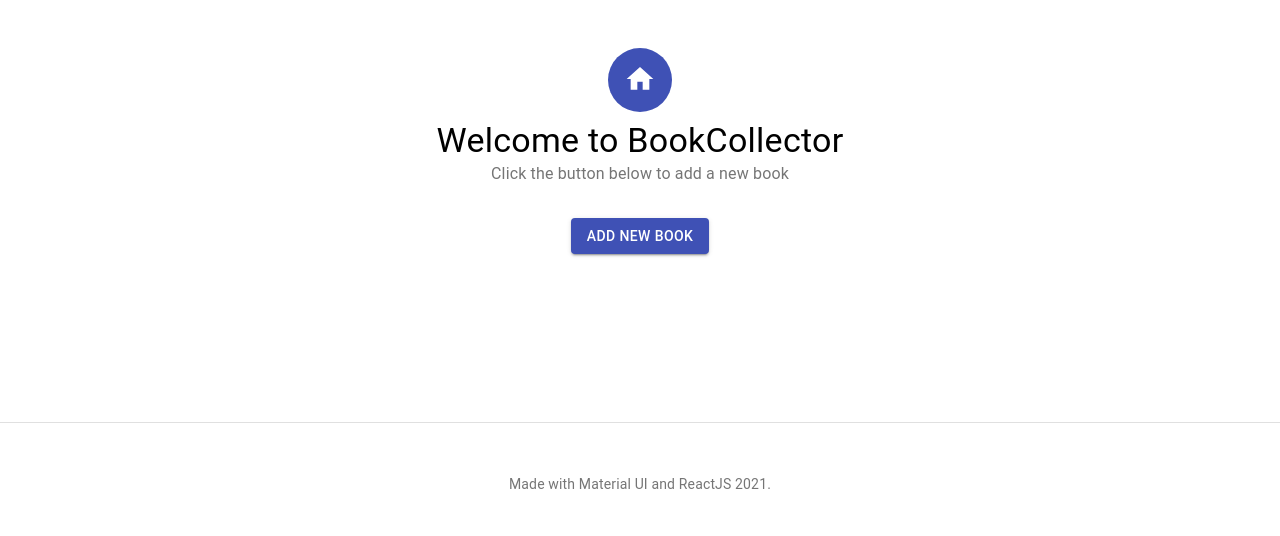
Repository: Colo-Codes/mini-project-react-book-collector
Page: /
The author's editor kept a copy of each file at every save. The page is drawn from the files as they stood at one save, then again after the next save.
The browser window is 1280 px wide. The pictures show the whole page.
The project was rebuilt for these pictures with package versions that can differ from the ones it lists, and the page was loaded fresh each time. Also part of the build but not shown: src/Books/BooksGridItem.js, src/Books/AddBookForm.js.

Above is the page before, as saved 2021-08-25 14:10:47.

### src/App.js
import React, { useState } from 'react';

import { Box, Button, Divider, makeStyles } from '@material-ui/core';
import { Home } from '@material-ui/icons';

import AddBookForm from './Books/AddBookForm';
import Copyright from './UI/Copyright';
import Header from './UI/Header';
import BooksGrid from './Books/BooksGrid';

const useStyles = makeStyles(theme => ({
  paper: {
    marginTop: theme.spacing(5),
    display: 'flex',
    flexDirection: 'column',
    alignItems: 'center',
  },
  icon: {
    color: 'white',
    width: theme.spacing(4),
    height: theme.spacing(4),
  },
  button: {
    marginTop: theme.spacing(4),
    marginBottom: theme.spacing(21),

  },
  footer: {
    marginV: theme.spacing(4),
  },
}));

function App() {
  const [showAddBookForm, setShowAddBookForm] = useState(false);
  const [bookList, setBookList] = useState('');

  const classes = useStyles();

  const addNewBookHandler = () => {
    setShowAddBookForm(true);
  }

  const hideFormHandler = () => {
    setShowAddBookForm(false);
  }

  // 'Lifting state up' function
  const newBookHandler = newBook => {
    setBookList(prevBook => [...prevBook, newBook]);
  }

  // 'Lifting state up' function
  const deleteBookHandler = bookId => {
    setBookList(prevBook => prevBook.filter(book => book.id !== bookId));
  }

  return (
    <React.Fragment>
      <header className={classes.paper}>
        {showAddBookForm && <AddBookForm onNewBook={newBookHandler} onHideForm={hideFormHandler} />} {/* Conditional Rendering */}
        {!showAddBookForm && <Header headerIcon={<Home className={classes.icon} />} headerContent={'Welcome to BookCollector'} textContent={'Click the button below to add a new book'} />} {/* Conditional Rendering */}
        {!showAddBookForm && <Button variant="contained" color="primary" onClick={addNewBookHandler} className={classes.button} >Add new book</Button>} {/* Conditional Rendering */}
      </header>
      <main>
        <Divider></Divider>
        <BooksGrid bookList={bookList} onDeleteBook={deleteBookHandler} />
      </main>
      <footer>
        <Box my={8}><Copyright /></Box>
      </footer>
    </React.Fragment>
  );
}

export default App;

### src/UI/Copyright.js
import { Typography } from "@material-ui/core";
import { Link } from "@material-ui/core";

function Copyright() {
    return (
        <Typography variant="body2" color="textSecondary" align="center">
            {'Made with '}
            <Link color="inherit" href="https://material-ui.com/" target="_blank">
                Material UI
            </Link>{' and '}
            <Link color="inherit" href="https://reactjs.org/" target="_blank">
                ReactJS
            </Link>{' '}
            {new Date().getFullYear()}
            {'.'}
        </Typography>
    );
}

export default Copyright;

### src/UI/Header.js
import { Avatar, Typography, makeStyles } from "@material-ui/core";
import { Home } from '@material-ui/icons';

const useStyles = makeStyles(theme => ({
    paper: {
        // marginTop: theme.spacing(10),
        display: 'flex',
        flexDirection: 'column',
        alignItems: 'center',
    },
    avatar: {
        margin: theme.spacing(1),
        width: theme.spacing(8),
        height: theme.spacing(8),
        backgroundColor: theme.palette.primary.main,
    },
    lightGray: {
        color: theme.palette.text.secondary,
    },
}));

const Header = props => {
    const classes = useStyles();

    return (
        <div className={classes.paper}>
            <Avatar className={classes.avatar}>
                <div className={classes.icon}>{props.headerIcon}</div>
            </Avatar>
            <Typography variant="h4" component="h2">{props.headerContent}</Typography>
            <Typography variant="body1" className={classes.lightGray}>{props.textContent}</Typography>
        </div>
    );
}

export default Header;

### src/Books/BooksGrid.js
import { Container, Grid } from '@material-ui/core';
import { useState } from 'react';
import BooksGridItem from './BooksGridItem';

const BooksGrid = props => {

    return (
        <Container>
            <Grid container spacing={3} direction="row"
                justifyContent="center"
                alignItems="stretch">
                {props.bookList.length > 0 && props.bookList.map(bookItem =>
                    <BooksGridItem key={bookItem.id} id={bookItem.id} title={bookItem.title} author={bookItem.author} onDelete={props.onDeleteBook} />
                )}
            </Grid>
        </Container>
    );
}

export default BooksGrid;

Loaded but not shown: public/index.html (common file); src/index.js (common file); src/index.css (common file)

After the next save:
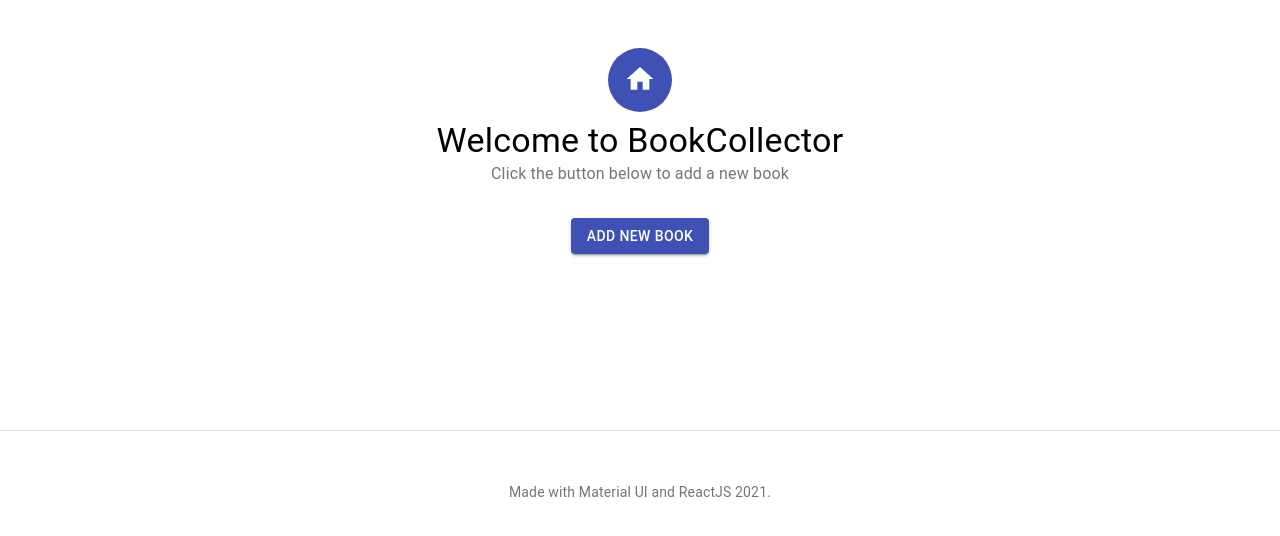
Saved 7 s later.
--- a/src/App.js
+++ b/src/App.js
@@ -22,7 +22,7 @@ const useStyles = makeStyles(theme => ({
   },
   button: {
     marginTop: theme.spacing(4),
-    marginBottom: theme.spacing(21),
+    marginBottom: theme.spacing(22),
 
   },
   footer: {
